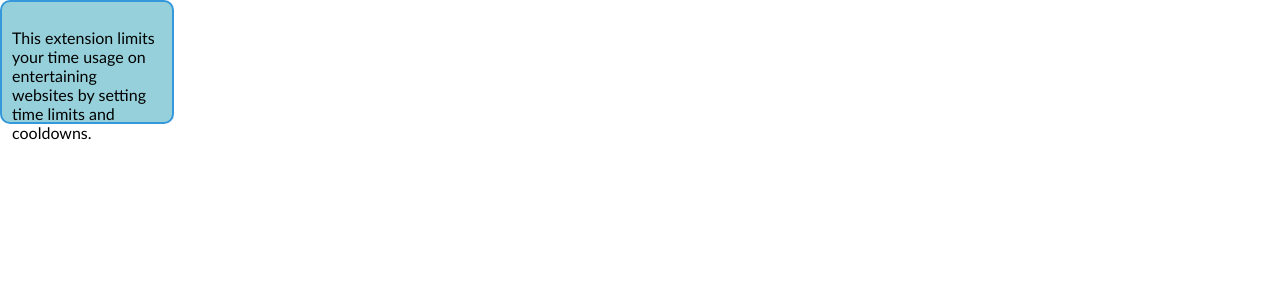
Repository: AndrlmMass/Time-management-chrome-extension
Page: popup.html
These files come from the project's save history. The page is drawn as it stood at one moment and after the next save; the edit follows.
The browser window is 1280 px wide. The pictures show the whole page.

Above is the page before, as saved 2023-08-22 15:38:32.

### popup.html
<!DOCTYPE html>
<html>
<head>
  <title>Popup</title>
  <link rel="stylesheet" type="text/css" href="styles.css">
</head>
<body>
  <div id="popup-container">
    <p>This extension limits your time usage on entertaining websites by setting time limits and cooldowns.</p>
  </div>
  <script src="popup.js"></script>
</body>
</html>

### styles.css
@font-face {
  font-family: 'CustomFont';
  src: url('path/to/font.woff2') format('woff2'),
       url('path/to/font.woff') format('woff');
}

body {
    font-family: 'Calibri', sans-serif;
    margin: 0;
    padding: 0;
  }

  #popup-container {
    padding: 10px;
    margin: 0;
    width: 300px;
    background-color: #96d1db;
    border: 2px solid #3498db;
    border-radius: 10px;
  }

### popup.js
document.addEventListener('DOMContentLoaded', function() {
  // Get the popup's main container element
  const popupContainer = document.getElementById('popup-container');

  // Set custom width and height
  popupContainer.style.width = '150px';    // Adjust width as needed
  popupContainer.style.height = '100px';   // Adjust height as needed
});

After the next save:
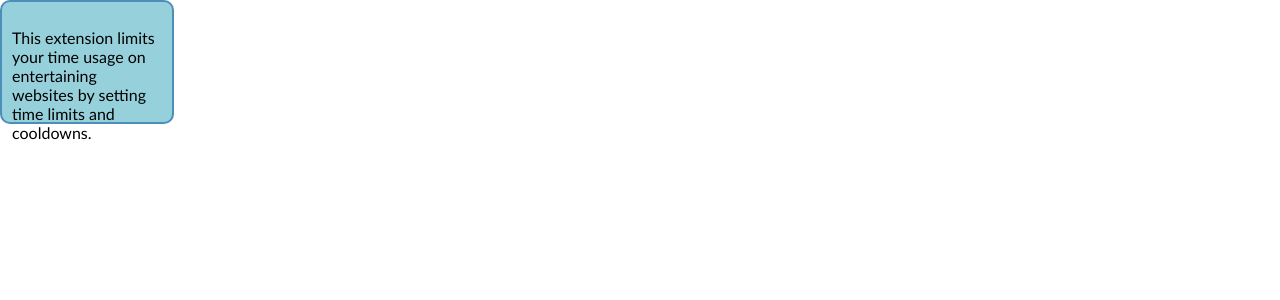
Saved 6 s later.
--- a/styles.css
+++ b/styles.css
@@ -15,6 +15,6 @@ body {
     margin: 0;
     width: 300px;
     background-color: #96d1db;
-    border: 2px solid #3498db;
+    border: 2px solid #4c8eba;
     border-radius: 10px;
   }
